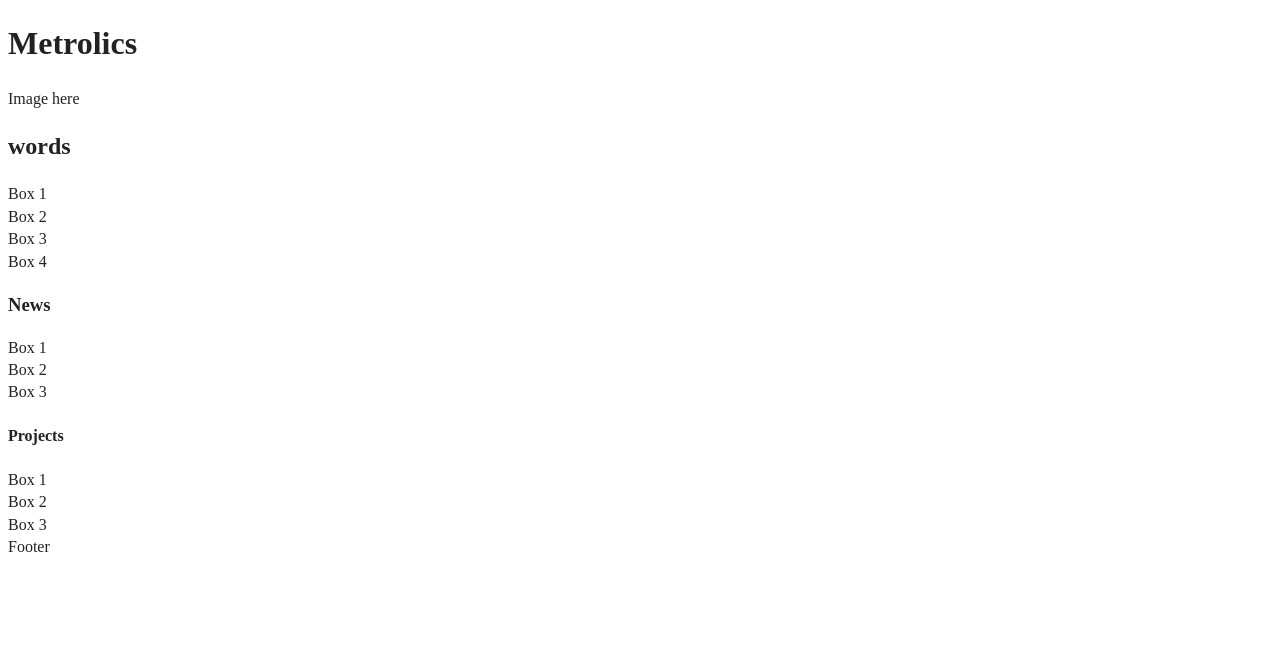
Repository: Jennica1/HTML_Structure
Page: index.html
The author's editor kept a copy of each file at every save. The page is drawn from the files as they stood at one save, then again after the next save.
The browser window is 1280 px wide. The pictures show the whole page.

Above is the page before, as saved 2024-01-24 17:53:12.

After the next save:
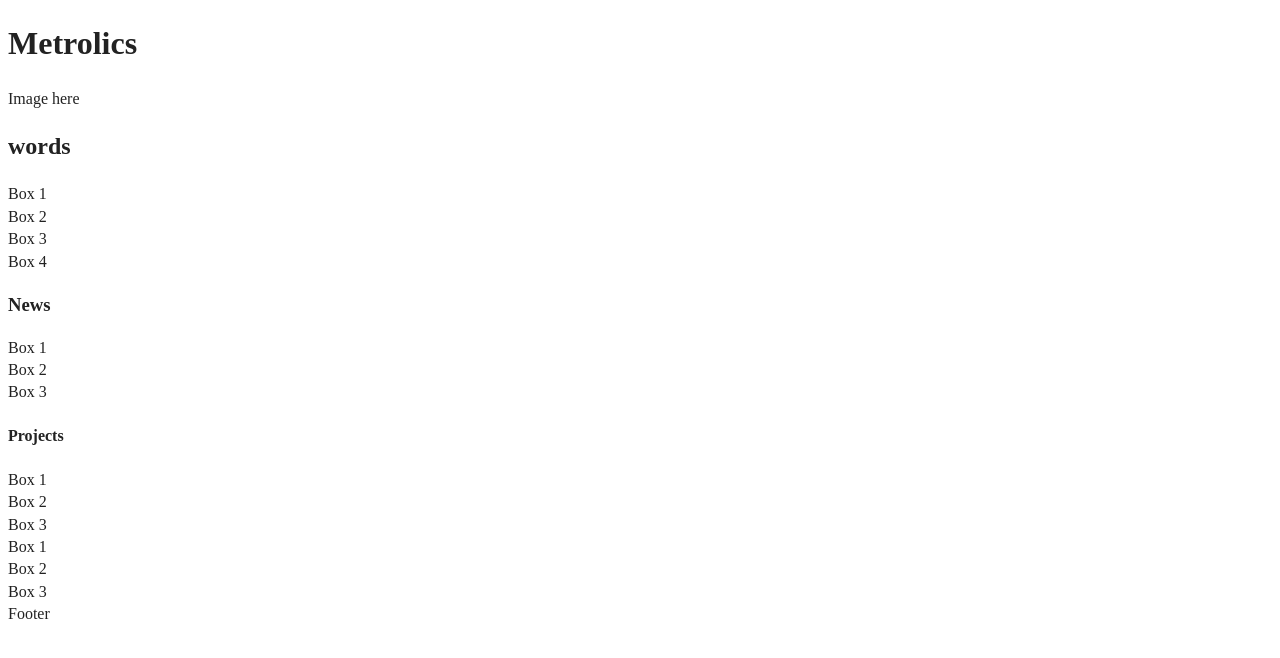
Saved 25 s later.
--- a/index.html
+++ b/index.html
@@ -82,7 +82,16 @@
                </div>
                  <div class="content-container project-box">
                    Box 3
-               </div>
+                </div>
+                <div class="content-container project-box">
+                  Box 1
+                 </div>
+                   <div class="content-container project-box">
+                     Box 2
+                   </div>
+                     <div class="content-container project-box">
+                       Box 3
+                   </div>
           </div>
         </div>
       </div>
